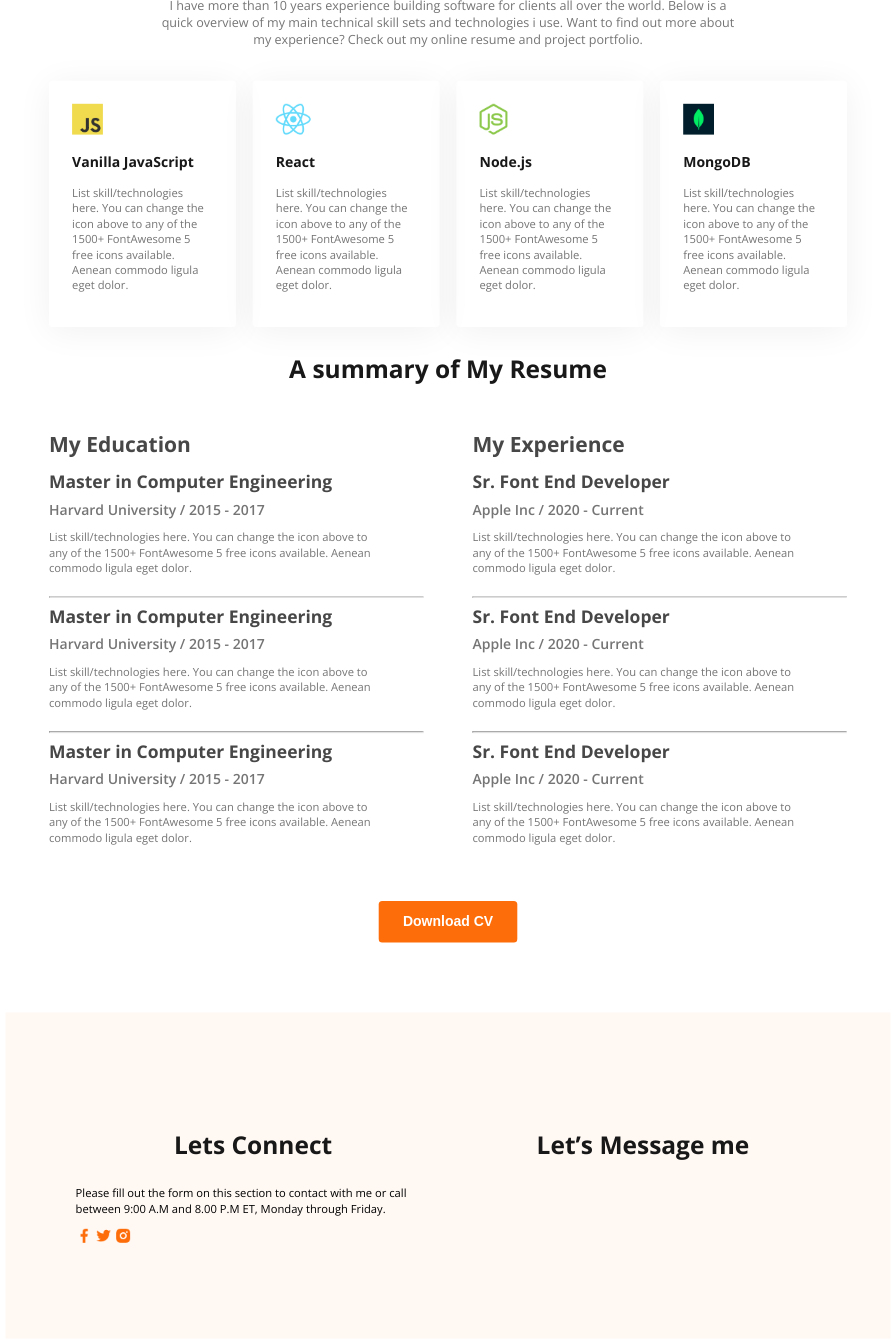
Repository: ShouravAhammed/Simple-Portfolio-Webpage
Page: index.html
The author's editor kept a copy of each file at every save. The page is drawn from the files as they stood at one save, then again after the next save.
The browser window is 1280 px wide. The pictures show the part of the page from y = 1746 to 3666 px (the page is 3666 px tall), at 70% of full size.

Above is the page before, as saved 2024-01-06 03:56:03.

### index.html
<!DOCTYPE html>
<html lang="en">
<head>
    <meta charset="UTF-8">
    <meta name="viewport" content="width=device-width, initial-scale=1.0">
    <title>Mary</title>
    <link rel="stylesheet" href="index.css">
</head>
<body>
    <header class="header">
        <nav>
            <h3 class="nav-title">Ma<span class="text-primary">r</span>y</h3>
            <ul class="navber">
                <li><a href="">Portfolio</a></li>
                <li><a href="">Blog</a></li>
                <li><button class="btn-primary">Hire Me</button></li>
            </ul>
        </nav>
        <div class="banner">
            <div class="banner-content">
                <h3 class="banner-greeting">Hi, I  am</h3>
                <h1 class="banner-title">Mary Hardy</h1>
                <p class="banner-description">Shot what able cold new see hold.Friendly as an betrayed formerly he. Morning because as to society behaved moments.</p>
                <button class="btn-primary">Download</button>
                <button class="btn-primary">Contact</button>
            </div>
            <img class="profile-pic" src="images/hardy.png" alt="profile-pic">
        </div>
    </header>
    <main>
        <section class="about">
            <h3 class="section-title">About Me</h3>
            <p class="section-description">I, m a designer & developer with a passion for web design. I enjoy developing simple, clean and slick websites that provide real value to the end user. Thousands of clients have procured exceptional resulfs while working with me. Delivering work within time and budget which meets clients requirements in our mata.</p>
            <div class="about-info-container">
                <div class="about-info">
                    <h4 class="info-title">Name:</h4>
                    <p class="info-description">Mary Hardy</p>
                </div>
                <div class="about-info">
                    <h4 class="info-title">Email:</h4>
                    <p class="info-description">info@gmail.com</p>
                </div>
                <div class="about-info">
                    <h4 class="info-title">Date of birth:</h4>
                    <p class="info-description">11 November 1987</p>
                </div>
                <div class="about-info">
                    <h4 class="info-title">From:</h4>
                    <p class="info-description">Los Angeles, USA</p>
                </div>
            </div>
        </section>
        <!-- what i do section  -->
        <section>
            <h3 class="section-title">What I do</h3>
            <p id="what-i-do-description" class="section-description">I have more than 10 years experience building software for clients all over the world. Below is a quick overview of my main technical skill sets and technologies i use. Want to find out more about my experience? Check out my online resume and project portfolio.</p>
            <div class="skills-container">
                <div class="skills">
                    <img src="images/icons/js.png" alt="">
                    <h3 class="skills-title">Vanilla JavaScript</h3>
                    <p class="skills-description">List skill/technologies here. You can change the icon above to any of the 1500+ FontAwesome 5 free icons available. Aenean commodo ligula eget dolor.</p>
                </div>
                <div class="skills">
                    <img src="images/icons/react.png" alt="">
                    <h3 class="skills-title">React</h3>
                    <p class="skills-description">List skill/technologies here. You can change the icon above to any of the 1500+ FontAwesome 5 free icons available. Aenean commodo ligula eget dolor.</p>
                </div>
                <div class="skills">
                    <img src="images/icons/nodejs.png" alt="">
                    <h3 class="skills-title">Node.js</h3>
                    <p class="skills-description">List skill/technologies here. You can change the icon above to any of the 1500+ FontAwesome 5 free icons available. Aenean commodo ligula eget dolor.</p>
                </div>
                <div class="skills">
                    <img src="images/icons/mongo.png" alt="">
                    <h3 class="skills-title">MongoDB</h3>
                    <p class="skills-description">List skill/technologies here. You can change the icon above to any of the 1500+ FontAwesome 5 free icons available. Aenean commodo ligula eget dolor.</p>
                </div>
            </div>
        </section>
        <!-- Resume section -->
        <section>
            <h3 class="section-title">A summary of My Resume</h3>
            <div class="resume-container">
                <div class="resume-colum">
                    <h3 class="resume-column-title">My Education</h3>
                    <div class="resume-item">
                        <h3 class="resume-item-title">Master in Computer Engineering</h3>
                        <h4 class="resume-item-institute">Harvard University / 2015 - 2017</h4>
                        <p class="resume-item-description">List skill/technologies here. You can change the icon above
                            to any of the 1500+ FontAwesome 5 free icons available. Aenean commodo ligula eget dolor.</p>
                    </div>
                    <hr>
                    <div class="resume-item">
                        <h3 class="resume-item-title">Master in Computer Engineering</h3>
                        <h4 class="resume-item-institute">Harvard University / 2015 - 2017</h4>
                        <p class="resume-item-description">List skill/technologies here. You can change the icon above
                            to any of the 1500+ FontAwesome 5 free icons available. Aenean commodo ligula eget dolor.</p>
                    </div>
                    <hr>
                    <div class="resume-item">
                        <h3 class="resume-item-title">Master in Computer Engineering</h3>
                        <h4 class="resume-item-institute">Harvard University / 2015 - 2017</h4>
                        <p class="resume-item-description">List skill/technologies here. You can change the icon above
                            to any of the 1500+ FontAwesome 5 free icons available. Aenean commodo ligula eget dolor.</p>
                    </div>
                </div>
                <div class="resume-colum">
                    <h3 class="resume-column-title">My Experience</h3>
                    <div class="resume-item">
                        <h3 class="resume-item-title">Sr. Font End Developer</h3>
                        <h4 class="resume-item-institute">Apple Inc / 2020 - Current</h4>
                        <p class="resume-item-description">List skill/technologies here. You can change the icon above
                            to any of the 1500+ FontAwesome 5 free icons available. Aenean commodo ligula eget dolor.</p>
                    </div>
                    <hr>
                    <div class="resume-item">
                        <h3 class="resume-item-title">Sr. Font End Developer</h3>
                        <h4 class="resume-item-institute">Apple Inc / 2020 - Current</h4>
                        <p class="resume-item-description">List skill/technologies here. You can change the icon above
                            to any of the 1500+ FontAwesome 5 free icons available. Aenean commodo ligula eget dolor.</p>
                    </div>
                    <hr>
                    <div class="resume-item">
                        <h3 class="resume-item-title">Sr. Font End Developer</h3>
                        <h4 class="resume-item-institute">Apple Inc / 2020 - Current</h4>
                        <p class="resume-item-description">List skill/technologies here. You can change the icon above
                            to any of the 1500+ FontAwesome 5 free icons available. Aenean commodo ligula eget dolor.</p>
                    </div>
                </div>
            </div>
            <div class="download-cv">
                <button class="btn-primary">Download CV</button>
            </div>
        </section>
    </main>
    <footer>
        <div class="footer-column">
            <h3 class="section-title left-align">Lets Connect</h3>
            <p class="footer-description">Please fill out the form on this section to contact with me or call between 9:00 A.M and 8.00 P.M ET, Monday through Friday.</p>
            <div class="social-link">
                <a href=""><img src="images/icons/facebook.png" alt="facebook"></a>
                <a href=""><img src="images/icons/twitter.png" alt="twitter"></a>
                <a href=""><img src="images/icons/insta.png" alt="insta"></a>
            </div>
        </div>
        <div class="footer-column">
            <h3 class="section-title left-align">Let’s Message me</h3>
        </div>

    </footer>
</body>
</html>

### index.css
@import url('https://fonts.googleapis.com/css2?family=Lato:ital,wght@0,100;0,300;0,400;0,700;0,900;1,100;1,300;1,400;1,700;1,900&display=swap');
@import url('https://fonts.googleapis.com/css2?family=Open+Sans:ital,wght@0,300;0,400;0,500;0,600;0,700;0,800;1,300;1,400;1,500;1,600;1,700;1,800&display=swap');
/* google fonts import */
/* *{
    margin: 0;
    padding: 0;
    outline: 0;
} */
ul, ol{
    list-style: none;
}
body{
    font-family: 'Open Sans', sans-serif;
}
.text-primary{
    color: #FD6E0A;
}
.btn-primary{
    border-radius: 5px;
    color: #fff;
    background: #FD6E0A;
    font-size: 20px;
    font-weight: 700;
    padding: 18px 35px;
    border: 0;
}

/* nav related style */
nav{
    display: flex;
    justify-content: space-between;
    align-items: center;
    margin: 0 200px;
}
.nav-title{
    color: #181818;
    font-size: 45px;
    font-weight: 800;
}
nav > ul{
    display: flex;
    align-items: center;
}
nav li{
    margin-right: 50px;
}
nav a{
    text-decoration: none;
    color: #474747;
}
/* header related style */
.header{
    background: #FFF8F3;
    background-image: url(images/header_bg.png);
    background-position: bottom right;
    background-repeat: no-repeat;
}
.banner{
    display: flex;
    justify-content: space-between;
    padding: 30px 30px 0px 150px;
    align-items: center;
}
.banner-content{
    max-width: 580px;
}
.banner .profile-pic{
    width: 500px;
}
.banner-greeting{
    color: #474747;
    font-size: 45px;
    margin-bottom: 0;
}
.banner-title{
    color: #181818;
    font-size: 85px;
    font-weight: 700;
    margin-top: 5px;
    margin-bottom: 20px;
}
.banner-description{
    color: #575757;
    font-size: 18px;
    font-weight: 400;
    margin-bottom: 20px;
}
/* main part style */
main{
    max-width: 1140px;
    margin: 0 auto;
}
/* about part style */
.about{
    border-radius: 10px;
    background: #FFF8F3;
    margin: 130px 0px;
    padding: 130px 155px;
}
.section-title{
    color: #181818;
    text-align: center;
    font-size: 35px;
    font-weight: 700;
}
.section-description{
    color: #757575;
    text-align: center;
    font-size: 18px;
    font-weight: 400;
}
.about-info-container{
    display: flex;
    justify-content: space-around;
}
.about-info{
    text-align: center;
}
.info-title{
    color:  #757575;
    text-align: center;
    font-size: 20px;
    font-weight: 400;
    margin-bottom: 0px;
}
.info-description{
    color:#474747;
    font-size: 20px;
    font-weight: 700;
    margin-top: 10px;
}
#what-i-do-description{
    padding: 30px 150px;
}
/* what i do section style */
.skills-container{
    display: flex;
    gap: 24px;
}
.skills{
    border-radius: 5px;
    box-shadow: 0px 6px 50px 0px rgba(0, 0, 0, 0.06);
    padding: 33px
}
.skills-title{
    color: #181818;
    font-size: 20px;
    font-weight: 700;
}
.skills-description{
    color:#757575;
    font-size: 16px;
    font-weight: 400;
}
/* Resume sectionpart start */
.resume-container{
    display: flex;
    gap: 70px;
}
.resume-container hr{
    background: #d1d1d1;
    height: 0.1px;
}
.resume-column-title{
    color:#474747;
    font-size: 30px;
    font-weight: 700;
    margin-bottom: 15px;
}
.resume-item-title{
    color: #474747;
    font-size: 25px;
    font-weight: 700;
    margin-top: 0px;
    margin-bottom: 10px;
}
.resume-item-institute{
    color: #757575;
    font-size: 20px;
    font-weight: 600;
    margin-top: 0px;
    margin-bottom: 15px;
}
.resume-item-description{
    color: #757575;
    font-size: 16px;
    font-weight: 400;
    margin-top: 10px;
    margin-bottom: 30px;
    padding-right: 50px;
}
.download-cv{
    text-align: center;
    margin-top: 50px;
}
/* footer part style */
footer{
    display: flex;
    gap: 50px;
    background: #fff8f3;
    padding: 130px 100px;
    margin-top: 100px;
}
.footer-column{
    width: 50%;
}

After the next save:
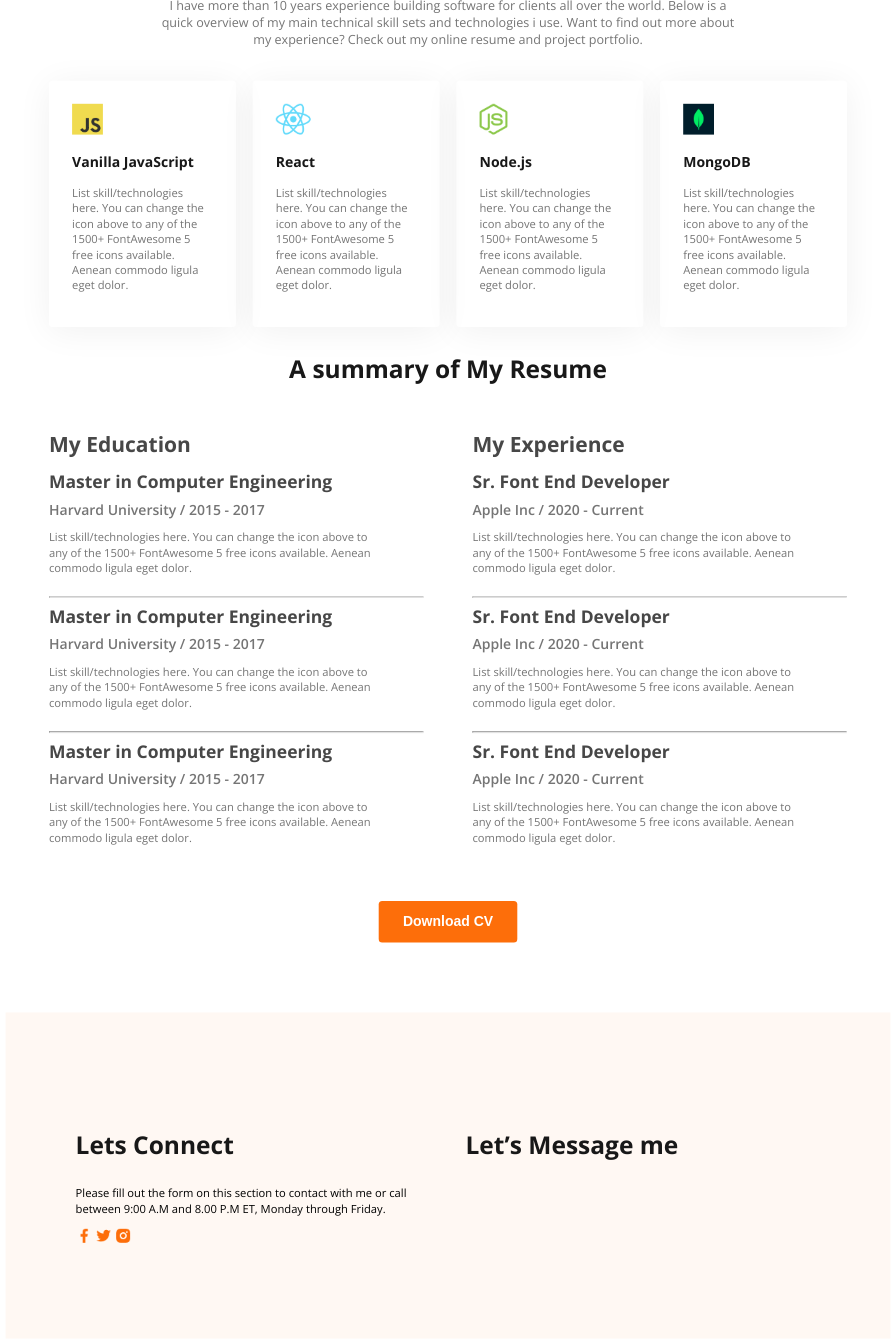
Saved 24 s later.
--- a/index.css
+++ b/index.css
@@ -204,3 +204,6 @@ footer{
 .footer-column{
     width: 50%;
 }
+.left-align{
+    text-align: left;
+}
